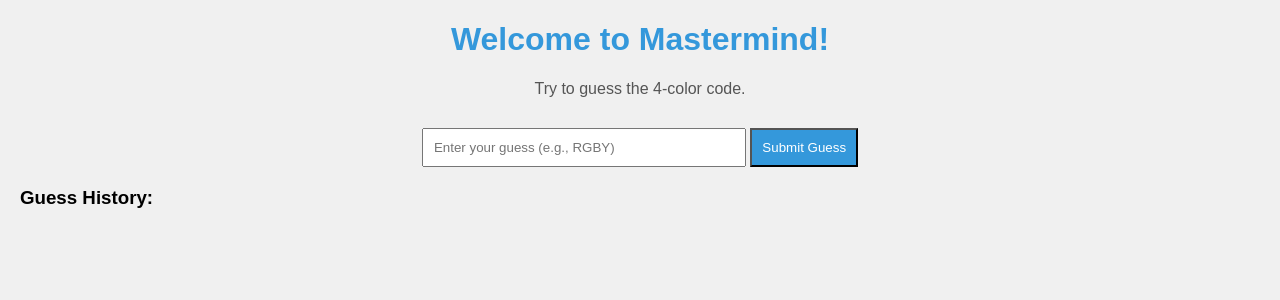
Repository: cheasopheaknita/Mastermind_Game
Page: http://localhost/
The author's editor kept a copy of each file at every save. The page is drawn from the files as they stood at one save, then again after the next save.
The browser window is 1280 px wide. The pictures show the whole page.
The page is served by the project's application, run on Flask 3 (mastermind_project/app.py).

Above is the page before, as saved 2024-02-06 02:06:36.

After the next save:
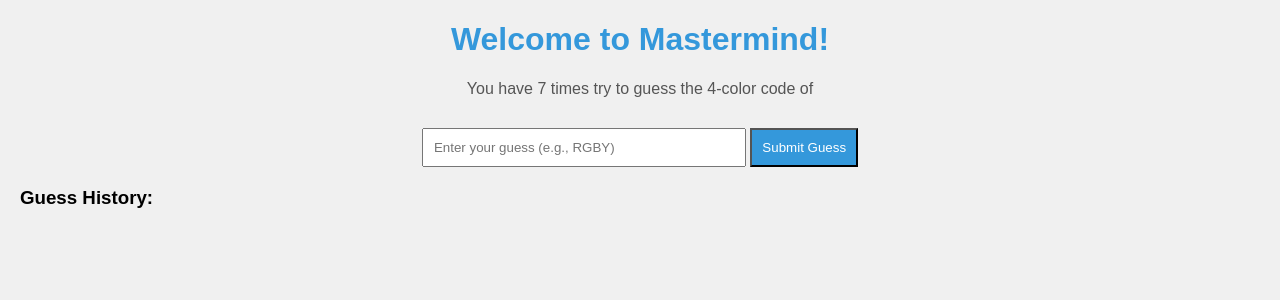
Saved 28 s later.
--- a/mastermind_project/templates/mastermind_game.html
+++ b/mastermind_project/templates/mastermind_game.html
@@ -70,7 +70,7 @@
 </head>
 <body>
     <h1>Welcome to Mastermind!</h1>
-    <p>Try to guess the 4-color code.</p>
+    <p>You have 7 times try to guess the 4-color code of </p>
 
     <div id="result"></div>
 
@@ -84,62 +84,41 @@
 
     <div id="gameOverMessage"></div>
 
+    <button onclick="restartGame()" id="restartButton" style="display: none;">Play Again</button>
+
     <script>
         var remainingGuesses = 7;
 
         function submitGuess() {
             if (remainingGuesses > 0) {
-                var userGuess = document.getElementById("userGuess").value;
+                // Your existing code for submitting a guess
 
-                fetch('/submit_guess', {
-                    method: 'POST',
-                    headers: {
-                        'Content-Type': 'application/json',
-                    },
-                    body: JSON.stringify({ guess: userGuess }),
-                })
-                .then(response => response.json())
-                .then(data => {
-                    // Handle the response from Flask
-                    document.getElementById("result").innerText = data.result || data.error;
-                    updateGuessHistory(userGuess, data.result || data.error);
-
-                    remainingGuesses--;
-                    updateRemainingGuesses();
-
-                    if (remainingGuesses === 0) {
-                        disableGuessInput();
-                        displayGameOverMessage();
-                    }
-                })
-                .catch(error => {
-                    console.error('Error:', error);
-                });
+                if (remainingGuesses === 0) {
+                    disableGuessInput();
+                    displayGameOverMessage();
+                    showRestartButton();
+                }
             }
         }
 
-        function updateGuessHistory(guess, result) {
-            var historyList = document.getElementById("guessHistory");
-            var listItem = document.createElement("li");
-            listItem.appendChild(document.createTextNode(`Guess: ${guess} - Result: ${result}`));
+        function restartGame() {
+            // Reset the game state
+            remainingGuesses = 7;
+            document.getElementById("userGuess").value = "";
+            document.getElementById("result").innerText = "";
+            document.getElementById("guessHistory").innerHTML = "";
+            document.getElementById("gameOverMessage").innerText = "";
+            hideRestartButton();
 
-            // Add a class based on the result for styling
-            listItem.classList.add(result === '4 correct color and position' ? 'correct' : 'incorrect');
-
-            historyList.appendChild(listItem);
+            // Your existing code to enable input and submit button
         }
 
-        function updateRemainingGuesses() {
-            document.getElementById("remainingGuesses").innerText = `Remaining Guesses: ${remainingGuesses}`;
+        function showRestartButton() {
+            document.getElementById("restartButton").style.display = "block";
         }
 
-        function disableGuessInput() {
-            document.getElementById("userGuess").disabled = true;
-            document.getElementById("guessButton").disabled = true;
-        }
-
-        function displayGameOverMessage() {
-            document.getElementById("gameOverMessage").innerText = "Game Over! You've used all 7 attempts.";
+        function hideRestartButton() {
+            document.getElementById("restartButton").style.display = "none";
         }
     </script>
 </body>
